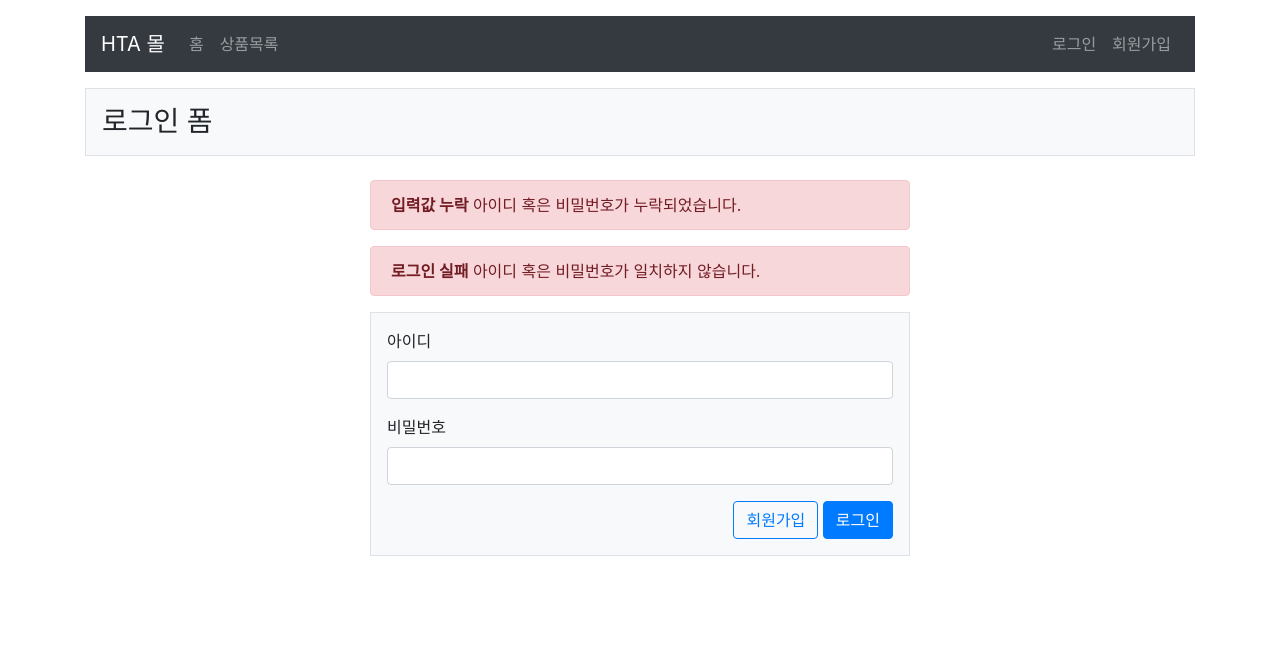
Repository: onuo77/ja_HTA
Page: http://localhost/sample-mybatis/user/loginform.jsp
These files come from the project's save history. The page is drawn as it stood at one moment and after the next save; the edit follows.
The browser window is 1280 px wide. The pictures show the whole page.
The page is served by Tomcat 9.

Above is the page before, as saved 2021-05-28 03:46:49.

After the next save:
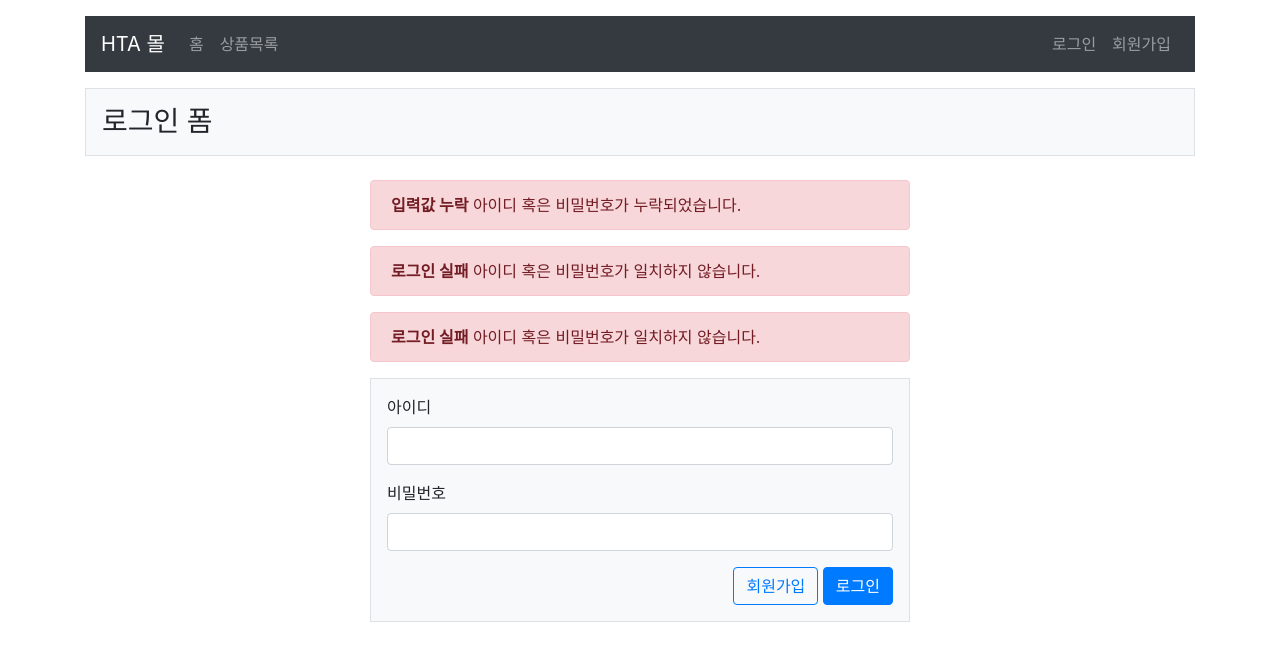
Saved 108 s later.
--- a/java-web/sample-mybatis/src/main/webapp/user/loginform.jsp
+++ b/java-web/sample-mybatis/src/main/webapp/user/loginform.jsp
@@ -36,6 +36,11 @@
 				</div>
 			</div>
 			<div class="col-6 offset-3">
+				<div class="alert alert-danger">
+					<strong>로그인 실패</strong> 아이디 혹은 비밀번호가 일치하지 않습니다.
+				</div>
+			</div>
+			<div class="col-6 offset-3">
 				<form method="post" action="login.jsp" class="border p-3 bg-light">
 					<div class="form-group">
 						<label>아이디</label>
